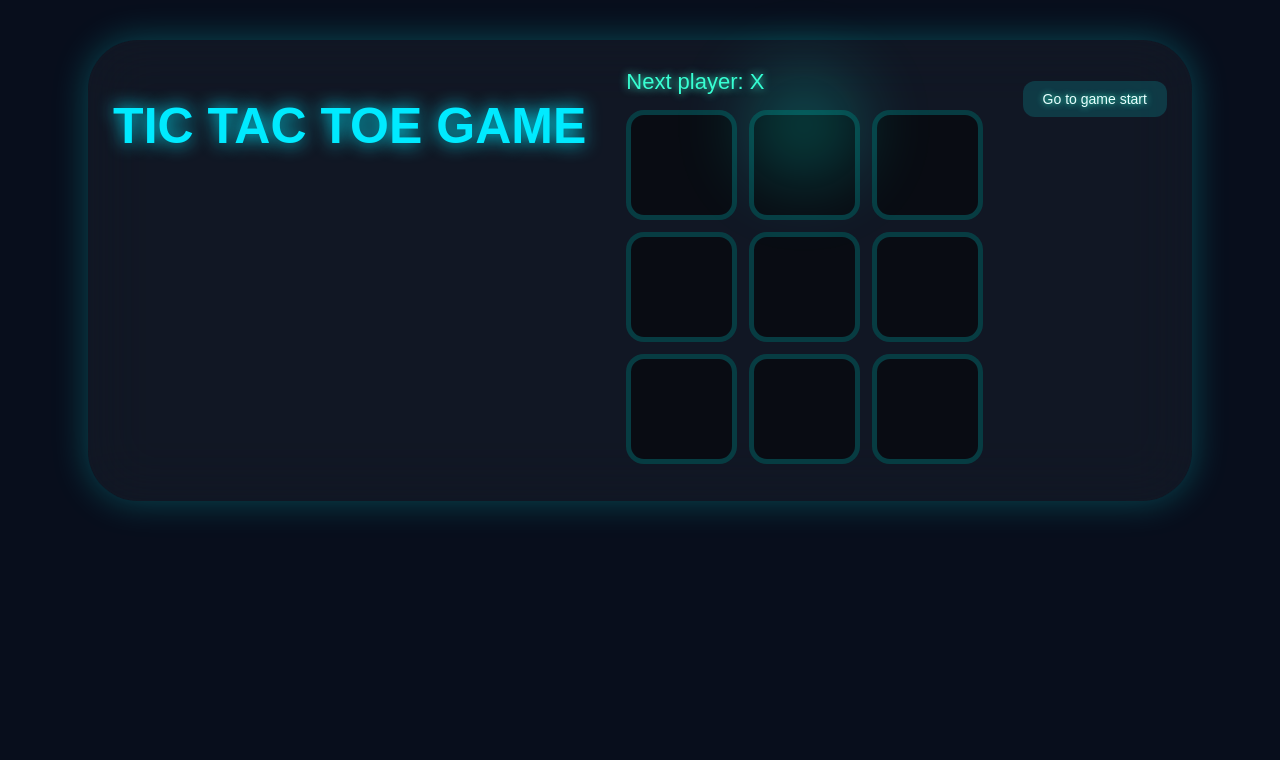
Repository: sofia123776/TIC-TAC-TOE
Page: /
These files come from the project's save history. The page is drawn as it stood at one moment and after the next save; the edit follows.
The browser window is 1280 px wide. The pictures show the whole page.
The project was rebuilt for these pictures with package versions that can differ from the ones it lists, and the page was loaded fresh each time. Also part of the build but not shown: vite.config.js.

Above is the page before, as saved 2025-11-30 14:06:32.

After the next save:
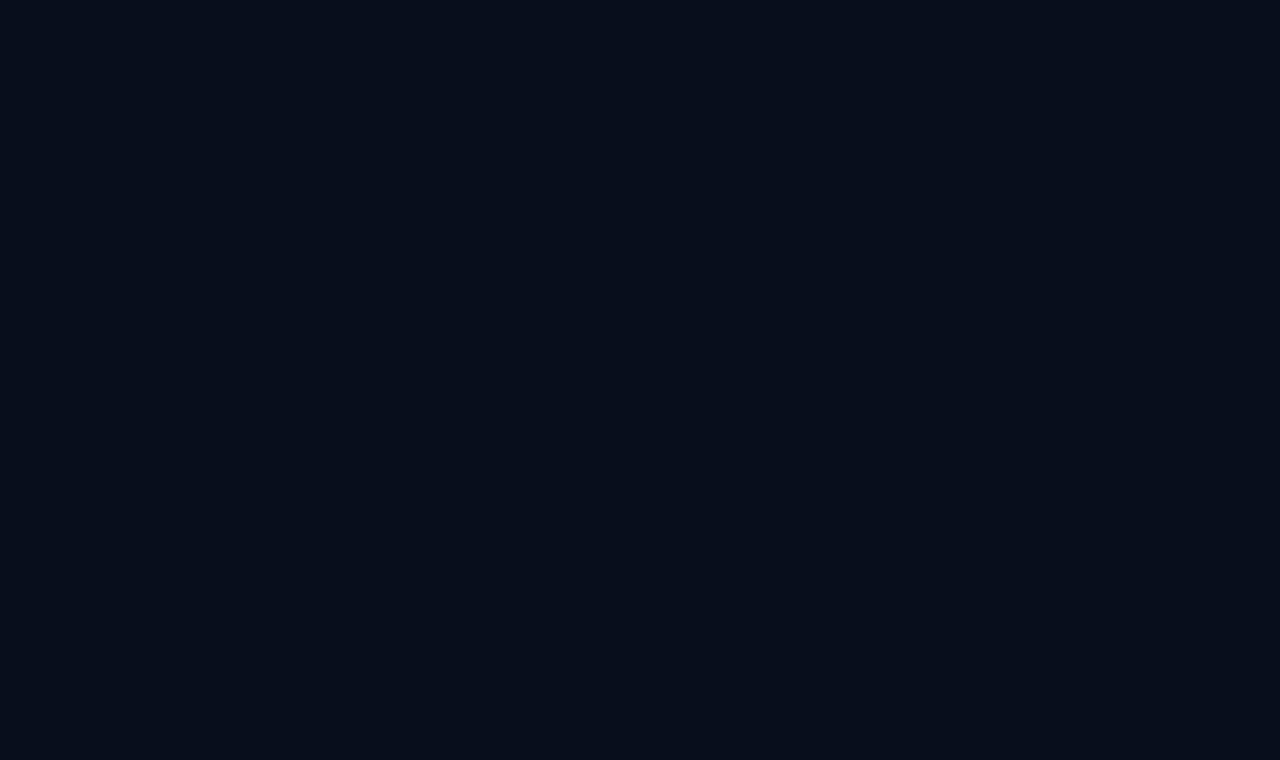
Console error (its wording comes from the project's code and is left out).
Saved 3 min 51 s later.
--- a/src/App.jsx
+++ b/src/App.jsx
@@ -124,7 +124,7 @@
   [0, 3, 6],
   [1, 4, 7],
   [2, 5, 8],
-  [0, 4, 8],
+  [0, 4, 8]
   [2, 4, 6],
 
   ];

After the save that followed:
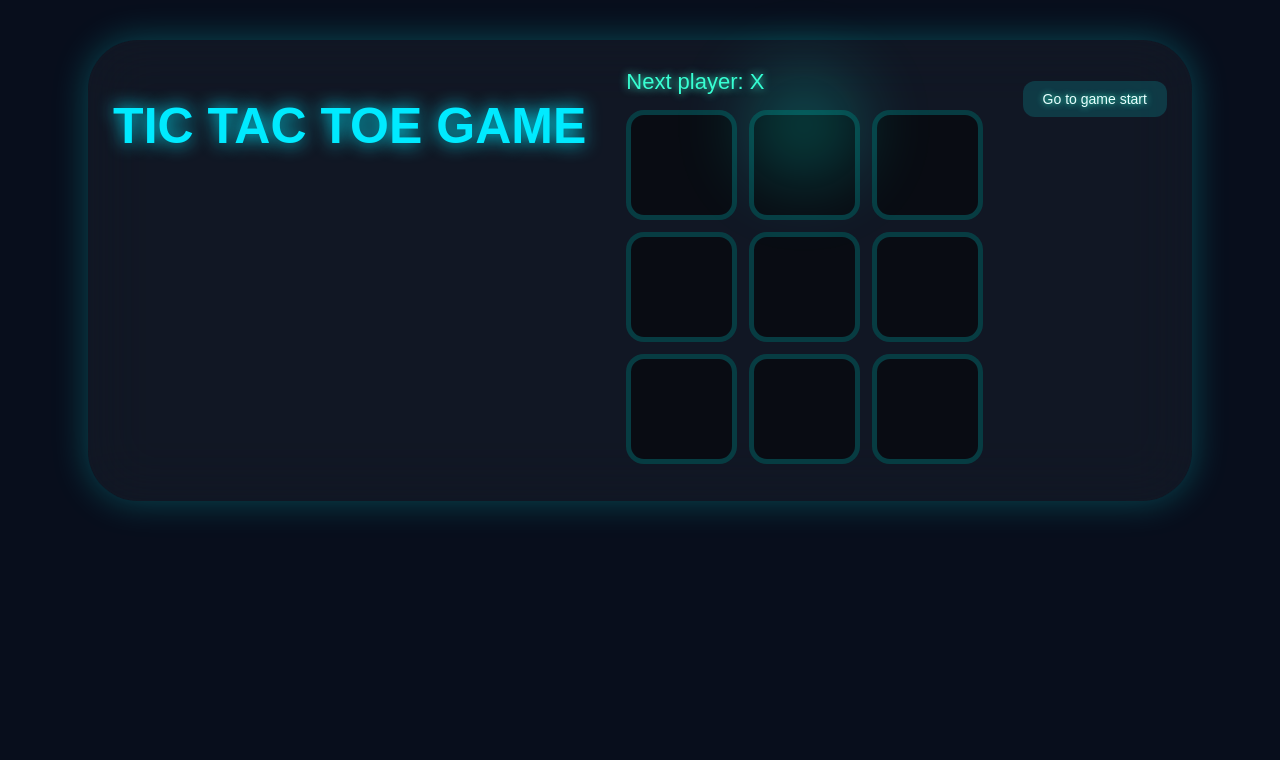
The error is gone.
Saved 4 min 20 s later.
--- a/src/App.jsx
+++ b/src/App.jsx
@@ -124,7 +124,7 @@
   [0, 3, 6],
   [1, 4, 7],
   [2, 5, 8],
-  [0, 4, 8]
+  [0, 4, 8],
   [2, 4, 6],
 
   ];
